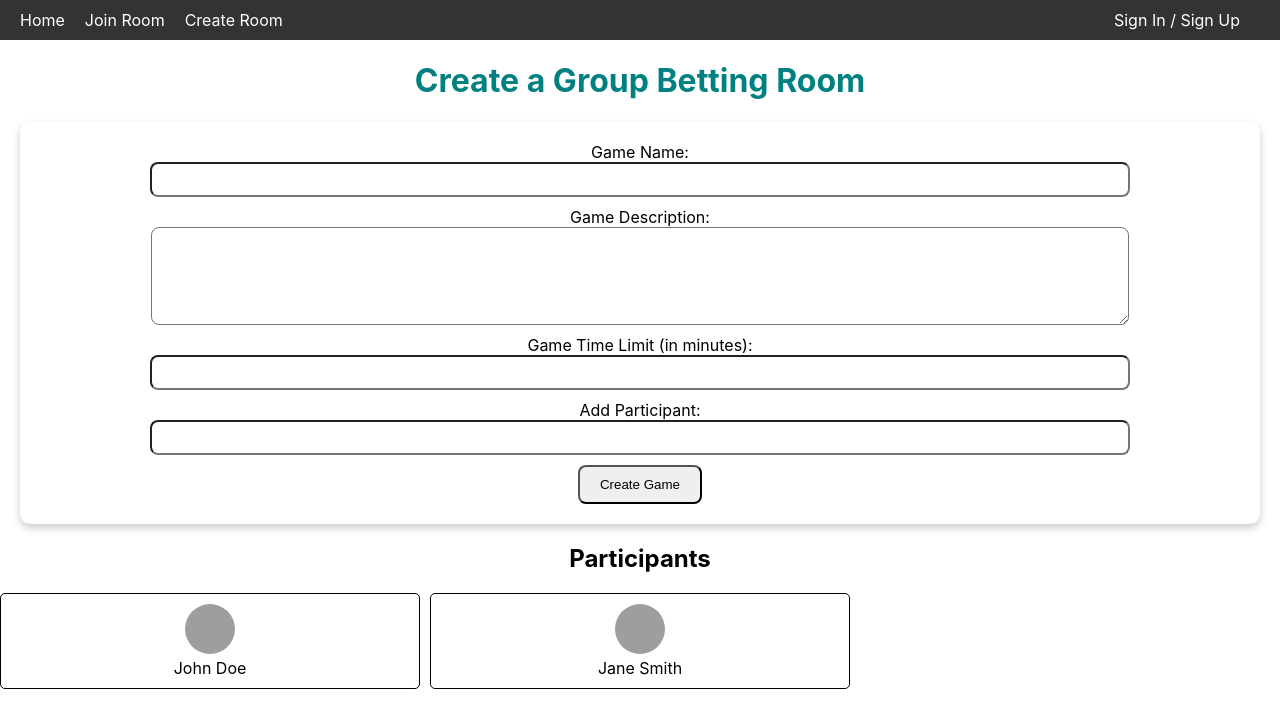
Repository: cis350/team_14_cis_3500_project_repo
Page: /create-room (app in frontend/shakeonit/)
The author's editor kept a copy of each file at every save. The page is drawn from the files as they stood at one save, then again after the next save.
The browser window is 1280 px wide. The pictures show the whole page.
Pictures or frames that could not be fetched are drawn as grey boxes. The project was rebuilt for these pictures with package versions that can differ from the ones it lists, and the page was loaded fresh each time. Also part of the build but not shown: frontend/shakeonit/src/Landing.js, frontend/shakeonit/src/Home.js, frontend/shakeonit/src/JoinBettingRoom.js.

Above is the page before, as saved 2024-05-01 14:56:05.

After the next save:
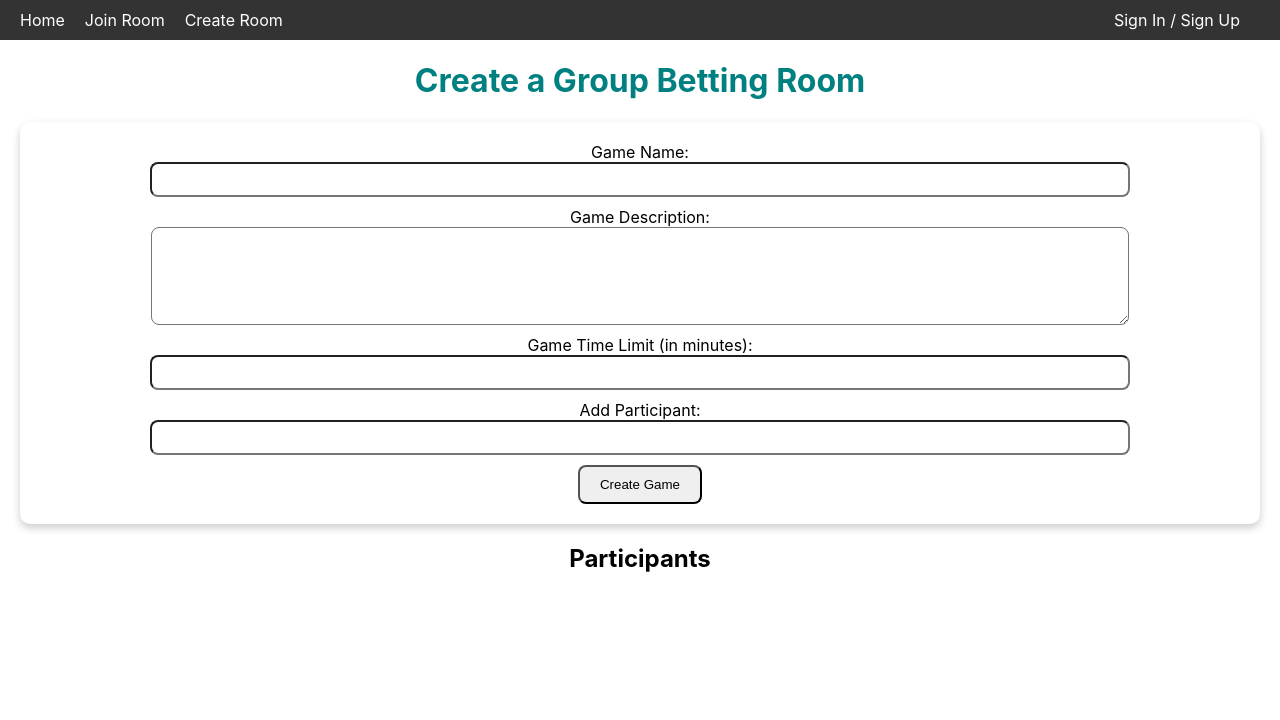
Saved 25 s later.
--- a/frontend/shakeonit/src/CreateBettingRoom.js
+++ b/frontend/shakeonit/src/CreateBettingRoom.js
@@ -3,11 +3,12 @@ import React, { useState } from 'react';
 function CreateBettingRoom() {
     const [gameName, setGameName] = useState('');
     const [gameDescription, setGameDescription] = useState('');
-    const [participants, setParticipants] = useState([
-        { name: "John Doe", img: "https://placekitten.com/g/200/300" }, // Changed dimensions for better compatibility
-        { name: "Jane Smith", img: "https://placekitten.com/g/200/300" } // Changed dimensions for better compatibility
-    ]);
+    const [participants, setParticipants] = useState([]);
     const [gameTimeLimit, setGameTimeLimit] = useState('');
+    const [gamePot, setGamePot] = useState('');
+    const [gameBuyIn, setGameBuyIn] = useState('');
+    const [gamePassword, setGamePassword] = useState('');
+
 
     const handleAddParticipant = (name) => {
         const img = `https://placekitten.com/g/${Math.floor(200 + Math.random() * 100)}/${Math.floor(300 + Math.random() * 100)}`; // More reliable dimensions
